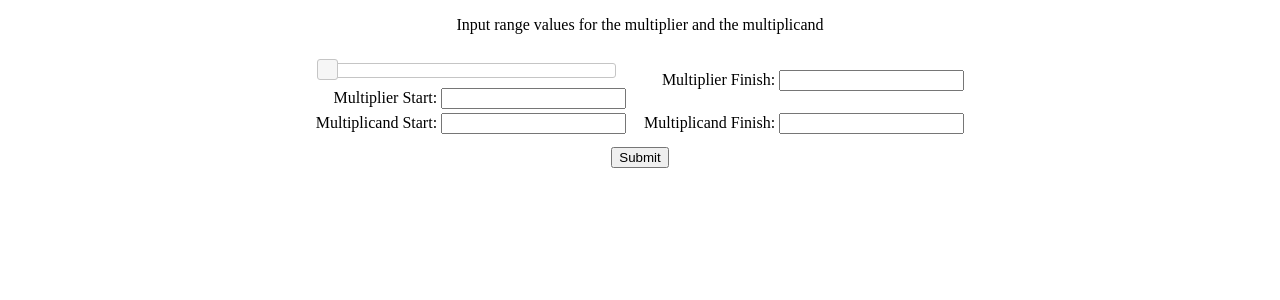
Repository: khrasna/HW4Part2
Page: index.html
The author's editor kept a copy of each file at every save. The page is drawn from the files as they stood at one save, then again after the next save.
The browser window is 1280 px wide. The pictures show the whole page.
Some web libraries are served in a nearby version.

Above is the page before, as saved 2021-11-13 16:20:15.

### index.html
<!-- HTML file for Assignment 3
By Karsten Hrasna  email Karsten_Hrasna@student.uml.edu-->
<!DOCTYPE html>
<html>

<head>
    <title>Multiplication Table</title>
    <link rel="stylesheet" href="style.css">
    <script src="https://ajax.googleapis.com/ajax/libs/jquery/3.5.1/jquery.min.js"></script>
    <script src="dist/jquery.validate.min.js"></script>
    <script src="formvalidate.js"></script>
    <script src="https://ajax.googleapis.com/ajax/libs/jqueryui/1.11.4/jquery-ui.min.js"></script>
    <link rel="stylesheet" href="https://ajax.googleapis.com/ajax/libs/jqueryui/1.11.4/themes/smoothness/jquery-ui.css">
</head>

<body>
    <p>Input range values for the multiplier and the multiplicand</p>
    <div id="container">
        <!-- Learned from W3schools. Creates a form which takes number ranges for multiplier and multiplicand. -->

        <form id="FormInput" action="javascript:void(0);" method="get"> <!--Learned about javascript:void(0) from Dutchie432 at https://stackoverflow.com/questions/1818249/form-with-no-action-and-where-enter-does-not-reload-page-->
            <table>
                <tr>

                    <td class="pad">
                        <div id="slider-1"></div>
                        Multiplier Start: <input input="text" name="MultiplierStart">
                    </td>

                    <td>
                        <div id="slider-2"></div>
                        Multiplier Finish: <input type="text" name="MultiplierFinish">
                    </td>
                </tr>
                <tr>
                    <td class="pad">Multiplicand Start: <input type="text" name="MultiplicandStart"></td>
                    <td>Multiplicand Finish: <input type="text" name="MultiplicandFinish"></td>
                </tr>
            </table>
            <input type="submit" value="Submit"> <!--goes directly under form and processes the input to create a mult table-->
        </form>
    </div>


</body>

</html>

### style.css
/*Created by Karsten Hrasna. email: Karsten_Hrasna@student.uml.edu*/
html,
body {
    height: 97%;
    text-align: center;
}

#slider-1 {
    margin: 10px;
}

div#container {
    display: grid;
    grid-template-columns: 100%;
    /* top row of grid holds the form for input, the rest of page holds the multiplication table*/
    grid-template-rows: minmax(90px, 15%) auto;
    height: 97%;

}

#multTable {
    margin: auto;
    border-collapse: separate;
    border-spacing: 0;
    grid-row: 2;
    /*the dynamically sized multiplication table */
    margin-top: 0px;
    border-bottom: 0px;

}

input[type=submit] {
    /* submit button under form spaced here */
    margin-top: 10px;
    margin-bottom: 0px;
}

#multTable td,
th {
    border: solid;
    border-color: black;
    min-width: 70px;
    font-size: 30px;
    height: 70px;
}


#multTable th {
    position: sticky;
    top: 0px;
    border-right: solid;
    border-right-color: white;
    border-bottom: solid;
    border-bottom-color: white;
    background-color: black;
    color: white;

}

#multTable th:first-child {
    position: sticky;
    top: 70px;
    left: 0;
}


.sticky {
    position: fixed;
    top: 0px;
    /* get the headers to stay fixed on mult table */
    width: 100%;
}

#multTable tr:first-child th:first-child {
    border: none;
    background-color: white;
}

#multTable p.inputError {
    margin: 0px;
}

form {
    grid-row: 1;
    margin-bottom: 0px;
}

table {
    margin-left: auto;
    margin-right: auto;
}

form td {
    text-align: right;
    /*line up the input form textboxes*/
}

form p {
    margin: 0px;
}

td.pad {
    padding-right: 15px;
}

### formvalidate.js
$(function () {

    $("#slider-1").slider();

    $.validator.addMethod("less", function (value, element, params) {
        return this.optional(element) || value <= params[0].value; //checks to make sure that the starts are less than the finishes, learned from
    });                                                           // https://jqueryvalidation.org/jQuery.validator.addMethod/

    var valid = $('input[value="Submit"]').on("click", function () {
        $("#multTable").remove();

        $("#FormInput").validate({
            onkeyup: false,     //this makes it so the validator doesnt update the error messages whenever new input is typed. only validates when submit is hit.
            onfocusout: false,  //learned about onkeyup, and onfocusout at https://www.sitepoint.com/jquery-validation-validate-form-submit/
            rules: {
                MultiplierStart: {
                    digits: true,
                    less: $('input[name="MultiplierFinish"]'),
                    required: true,
                    range: [-50, 50]
                },
                MultiplierFinish: {
                    required: true,
                    digits: true,
                    range: [-50, 50]
                },

                MultiplicandStart: {
                    digits: true,
                    less: $('input[name="MultiplicandFinish"]'),
                    required: true,
                    range: [-50, 50]
                },

                MultiplicandFinish: {
                    digits: true,
                    required: true,
                    range: [-50, 50]
                }
            },

            messages: {
                MultiplierStart: {
                    digits: "Multiplier Start must be a digit",
                    required: "Multiplier Start must be a digit between -50 and 50",
                    range: "The range of Multiplier Start must stay within -50 and 50",
                    less: "The value of Multiplier Start must be less than or equal to Multiplier Finish."
                },

                MultiplierFinish: {
                    digits: "Multiplier Finish must be a digit",
                    required: "Multiplier Finish must be a digit between -50 and 50",
                    range: "The range of Multiplier Finish must stay within -50 and 50",
                },

                MultiplicandStart: {
                    digits: "Multiplicand Start must be a digit",
                    required: "Multiplicand Start must be a digit between -50 and 50",
                    range: "The range of Multiplicand Start must stay within -50 and 50",
                    less: "The value of Multiplicand Start must be less than or equal to Multiplicand Finish."
                },

                MultiplicandFinish: {
                    digits: "Multiplicand Finish must be a digit",
                    required: "Multiplicand Finish must be a digit between -50 and 50",
                    range: "The range of Multiplicand Finish must stay within -50 and 50",
                }
            },

            errorPlacement: function (error, element) {
                $(error).appendTo($(('#FormInput')));
            },
            errorElement: "p"

        });

        if ($("#FormInput").valid()) {
            process();
        }

    });

});

function process() {
    debugger;
    var multStart = $('input[name="MultiplierStart"]').val();
    var multFinish = $('input[name="MultiplierFinish"]').val();
    var multiplicandStart = $('input[name="MultiplicandStart"]').val();
    var multiplicandFinish = $('input[name="MultiplicandFinish"]').val();


    if (document.getElementById("multTable")) { //remove old table
            var old = document.getElementById("multTable");
            old.remove();
    };

     //clear old table and create a table with size based on input given
        const top = [];
        const left = []; //these will hold the values of the multiplier and multiplicand
        var rows = multFinish - multStart;
        var cols = multiplicandFinish - multiplicandStart;
        var d = document.getElementById("container");
        for (var i = 0; i <= rows; i++) {
            left[i] = (+multiplicandStart + +i); //the + before variable name turns them into integers for addition
        }
        for (var i = 0; i <= cols; i++) {
            top[i] = (+multStart + +i);
        }
        var table = createTable(rows, cols, top, left); //create table based on total rows and cols, and top and left are the sets of multipliers and multiplicands
        table.id = "multTable";
        d.append(table);
}

function createTable(rows, cols, top, left) {
    var t = document.createElement('table');
    for (var x = 0; x <= rows + 1; x++) { // rows and cols + 1 to indicate ranges of numbers
        var r = document.createElement('tr');
        t.appendChild(r);
        for (var y = 0; y <= cols + 1; y++) {   //creates the cols of the table row by row
            if (x == 0) {
                var c = document.createElement('th'); //create and insert element based on position in table
                c.id = "topHeader";
                if (y != 0) {
                    c.innerHTML = top[y - 1]; // - 1 because it is moved over 1 to the right
                }
            } else if (y == 0) {
                var c = document.createElement('th');
                if (x != 0) {
                    c.innerHTML = left[x - 1];
                }
            } else {
                var c = document.createElement('td');
                c.innerHTML = top[y - 1] * left[x - 1];
                if (((y % 2) + (x % 2)) == 0 || ((y % 2) + (x % 2)) == 2) { // checker board effect
                    c.style.backgroundColor = "gray";
                }

            }
            r.appendChild(c);
        }
    }

    return t;
}

Loaded but not shown: dist/jquery.validate.min.js (library)

After the next save:
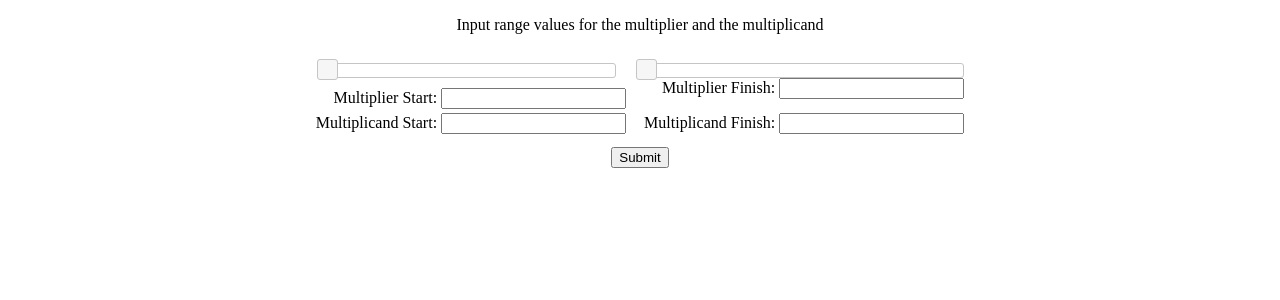
Saved 7 s later.
--- a/formvalidate.js
+++ b/formvalidate.js
@@ -1,6 +1,7 @@
 $(function () {
 
     $("#slider-1").slider();
+    $("#slider-2").slider();
 
     $.validator.addMethod("less", function (value, element, params) {
         return this.optional(element) || value <= params[0].value; //checks to make sure that the starts are less than the finishes, learned from
